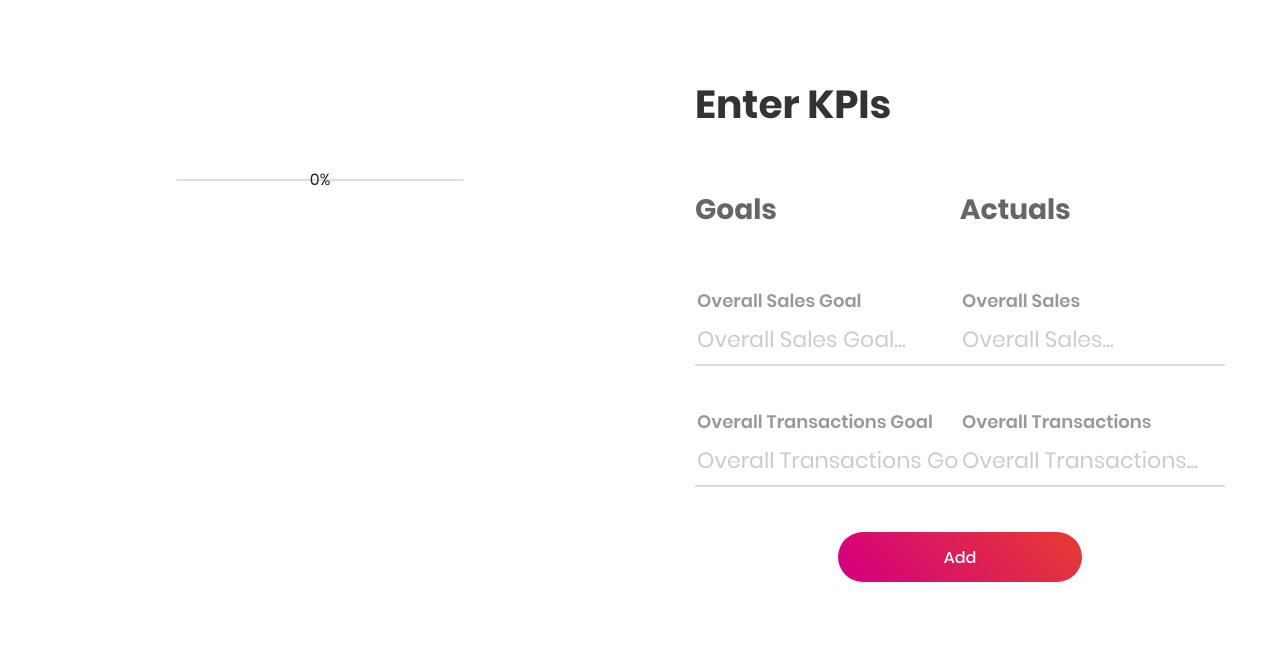
Repository: jameyel/kpi-entry
Page: index.html
An editor plug-in stored every save of this project. The page is shown before and after the next save, followed by the edit.
The browser window is 1280 px wide. The pictures show the whole page.

Above is the page before, as saved 2018-12-10 09:46:31.

### index.html
<!DOCTYPE html>
<html lang="en">
  <head>
    <title>Contact V13</title>
    <meta charset="UTF-8" />
    <meta name="viewport" content="width=device-width, initial-scale=1" />
    <!--
      ===============================================================================================
    -->
    <link rel="icon" type="image/png" href="images/icons/favicon.ico" />
    <!--
      ===============================================================================================
    -->
    <link
      rel="stylesheet"
      type="text/css"
      href="vendor/bootstrap/css/bootstrap.min.css"
    />
    <!--
      ===============================================================================================
    -->
    <link
      rel="stylesheet"
      type="text/css"
      href="fonts/font-awesome-4.7.0/css/font-awesome.min.css"
    />
    <!--
      ===============================================================================================
    -->
    <link
      rel="stylesheet"
      type="text/css"
      href="fonts/Linearicons-Free-v1.0.0/icon-font.min.css"
    />
    <!--
      ===============================================================================================
    -->
    <link
      rel="stylesheet"
      type="text/css"
      href="fonts/iconic/css/material-design-iconic-font.min.css"
    />
    <!--
      ===============================================================================================
    -->
    <link rel="stylesheet" type="text/css" href="vendor/animate/animate.css" />
    <!--
      ===============================================================================================
    -->
    <link
      rel="stylesheet"
      type="text/css"
      href="vendor/css-hamburgers/hamburgers.min.css"
    />
    <!--
      ===============================================================================================
    -->
    <link
      rel="stylesheet"
      type="text/css"
      href="vendor/animsition/css/animsition.min.css"
    />
    <!--
      ===============================================================================================
    -->
    <link
      rel="stylesheet"
      type="text/css"
      href="vendor/select2/select2.min.css"
    />
    <!--
      ===============================================================================================
    -->
    <link
      rel="stylesheet"
      type="text/css"
      href="vendor/daterangepicker/daterangepicker.css"
    />
    <link rel="stylesheet" type="text/css" href="./css/loading-bar.css" />
    <!--
      ===============================================================================================
    -->
    <link rel="stylesheet" type="text/css" href="css/util.css" />
    <link rel="stylesheet" type="text/css" href="css/main.css" />
    <!--
      ===============================================================================================
    -->
  </head>
  <body>
    <div class="container-kpi100">
      <div class="kpi100-chart">
        <div
          class="ldBar label-center ldbar-overall-sales"
          style="width:50%;height:50%;margin:auto"
        ></div>
      </div>

      <div class="wrap-kpi100">
        <form class="kpi100-form validate-form">
          <span class="kpi100-form-title"> Enter KPIs </span>

          <div class="kpi100-form-sections">
            <div class="kpi100-form-section">
              <span class="kpi100-form-subtitle"> Goals </span>
              <div
                class="wrap-input100 validate-input"
                data-validate="Overall Sales Goal is required: 123456"
              >
                <span class="label-input100">Overall Sales Goal</span>
                <input
                  class="input100 overall-sales-goal"
                  type="text"
                  name="osg"
                  placeholder="Overall Sales Goal..."
                />
                <span class="focus-input100"></span>
              </div>

              <div class="wrap-input100">
                <span class="label-input100">Overall Transactions Goal</span>
                <input
                  class="input100"
                  type="text"
                  name="otg"
                  placeholder="Overall Transactions Goal..."
                />
                <span class="focus-input100"></span>
              </div>
            </div>

            <div class="kpi100-form-section">
              <span class="kpi100-form-subtitle"> Actuals </span>
              <div
                class="wrap-input100 validate-input"
                data-validate="Overall Sales are required"
              >
                <span class="label-input100">Overall Sales</span>
                <input
                  class="input100 overall-sales"
                  type="text"
                  name="os"
                  placeholder="Overall Sales..."
                />
                <span class="focus-input100"></span>
              </div>

              <div class="wrap-input100">
                <span class="label-input100">Overall Transactions</span>
                <input
                  class="input100"
                  type="text"
                  name="ot"
                  placeholder="Overall Transactions..."
                />
                <span class="focus-input100"></span>
              </div>
            </div>
          </div>

          <div class="container-kpi100-form-btn">
            <div class="wrap-kpi100-form-btn">
              <div class="kpi100-form-bgbtn"></div>
              <button class="kpi100-form-btn">Add</button>
            </div>
          </div>
        </form>
      </div>
    </div>

    <div id="dropDownSelect1"></div>

    <!--
      ===============================================================================================
    -->
    <script src="vendor/jquery/jquery-3.2.1.min.js"></script>
    <!--
      ===============================================================================================
    -->
    <script src="vendor/animsition/js/animsition.min.js"></script>
    <!--
      ===============================================================================================
    -->
    <script src="vendor/bootstrap/js/popper.js"></script>
    <script src="vendor/bootstrap/js/bootstrap.min.js"></script>
    <!--
      ===============================================================================================
    -->
    <script src="vendor/select2/select2.min.js"></script>
    <!--
      ===============================================================================================
    -->
    <script src="vendor/daterangepicker/moment.min.js"></script>
    <script src="vendor/daterangepicker/daterangepicker.js"></script>
    <!--
      ===============================================================================================
    -->
    <script src="vendor/countdowntime/countdowntime.js"></script>
    <!--
      ===============================================================================================
    -->
    <script src="js/chart-custom.js"></script>
    <!--
      ===============================================================================================
    -->
    <script type="text/javascript" src="./js/loading-bar.js"></script>
    <script src="js/main.js"></script>
  </body>
</html>

### css/main.css
/*//////////////////////////////////////////////////////////////////
[ FONT ]*/

@font-face {
  font-family: Poppins-Regular;
  src: url('../fonts/poppins/Poppins-Regular.ttf');
}

@font-face {
  font-family: Poppins-Medium;
  src: url('../fonts/poppins/Poppins-Medium.ttf');
}

@font-face {
  font-family: Poppins-Bold;
  src: url('../fonts/poppins/Poppins-Bold.ttf');
}

@font-face {
  font-family: Poppins-SemiBold;
  src: url('../fonts/poppins/Poppins-SemiBold.ttf');
}

/*//////////////////////////////////////////////////////////////////
[ RESTYLE TAG ]*/

* {
  margin: 0px;
  padding: 0px;
  box-sizing: border-box;
}

body,
html {
  height: 100%;
  font-family: Poppins-Regular, sans-serif;
}

/*---------------------------------------------*/
a {
  font-family: Poppins-Regular;
  font-size: 14px;
  line-height: 1.7;
  color: #666666;
  margin: 0px;
  transition: all 0.4s;
  -webkit-transition: all 0.4s;
  -o-transition: all 0.4s;
  -moz-transition: all 0.4s;
}

a:focus {
  outline: none !important;
}

a:hover {
  text-decoration: none;
}

/*---------------------------------------------*/
h1,
h2,
h3,
h4,
h5,
h6 {
  margin: 0px;
}

p {
  font-family: Poppins-Regular;
  font-size: 14px;
  line-height: 1.7;
  color: #666666;
  margin: 0px;
}

ul,
li {
  margin: 0px;
  list-style-type: none;
}

/*---------------------------------------------*/
input {
  outline: none;
  border: none;
}

input[type='number'] {
  -moz-appearance: textfield;
  appearance: none;
  -webkit-appearance: none;
}

input[type='number']::-webkit-outer-spin-button,
input[type='number']::-webkit-inner-spin-button {
  -webkit-appearance: none;
}

textarea {
  outline: none;
  border: none;
}

textarea:focus,
input:focus {
  border-color: transparent !important;
}

input:focus::-webkit-input-placeholder {
  color: transparent;
}
input:focus:-moz-placeholder {
  color: transparent;
}
input:focus::-moz-placeholder {
  color: transparent;
}
input:focus:-ms-input-placeholder {
  color: transparent;
}

textarea:focus::-webkit-input-placeholder {
  color: transparent;
}
textarea:focus:-moz-placeholder {
  color: transparent;
}
textarea:focus::-moz-placeholder {
  color: transparent;
}
textarea:focus:-ms-input-placeholder {
  color: transparent;
}

input::-webkit-input-placeholder {
  color: #cccccc;
}
input:-moz-placeholder {
  color: #cccccc;
}
input::-moz-placeholder {
  color: #cccccc;
}
input:-ms-input-placeholder {
  color: #cccccc;
}

textarea::-webkit-input-placeholder {
  color: #cccccc;
}
textarea:-moz-placeholder {
  color: #cccccc;
}
textarea::-moz-placeholder {
  color: #cccccc;
}
textarea:-ms-input-placeholder {
  color: #cccccc;
}

/*---------------------------------------------*/
button {
  outline: none !important;
  border: none;
  background: transparent;
}

button:hover {
  cursor: pointer;
}

iframe {
  border: none !important;
}

/*//////////////////////////////////////////////////////////////////
[ Contact ]*/

.container-kpi100 {
  width: 100%;
  min-height: 100vh;
  display: -webkit-box;
  display: -webkit-flex;
  display: -moz-box;
  display: -ms-flexbox;
  display: flex;
  flex-wrap: wrap;
  justify-content: flex-end;
  align-items: center;
  background: transparent;
  position: relative;
  z-index: 1;
}

.kpi100-chart {
  position: absolute;
  z-index: -2;
  /* width: calc(100% - 640px); */
  width: 50%;
  height: 100%;
  top: 0;
  left: 0;
  /* background: #000; */
}

.wrap-kpi100 {
  /* width: 640px; */
  width: 50%;
  min-height: 100vh;
  background: #fff;
  border-radius: 2px;
  padding: 82px 55px 33px 55px;
  position: relative;
}

.show-wrap-kpi100 {
  visibility: visible;
  opacity: 1;
}

/*==================================================================
[ Form ]*/

.kpi100-form {
  width: 100%;
  display: -webkit-box;
  display: -webkit-flex;
  display: -moz-box;
  display: -ms-flexbox;
  display: flex;
  flex-direction: column;
  flex-wrap: wrap;
  justify-content: space-between;
  padding-bottom: 68px;
}

.kpi100-form-sections {
  display: flex;
}

.kpi100-form-section {
  display: flex;
  flex-direction: column;
}

.kpi100-form-title {
  /* display: block;
  width: 100%; */
  font-family: Poppins-Bold;
  font-size: 39px;
  color: #333;
  line-height: 1.2;
  text-align: left;
  padding-bottom: 64px;
}

.kpi100-form-subtitle {
  /* display: block;
  width: 100%; */
  font-family: Poppins-Bold;
  font-size: 28px;
  color: #666;
  line-height: 1.2;
  text-align: left;
  padding-bottom: 64px;
}

/*------------------------------------------------------------------
[ Input ]*/

.wrap-input100 {
  width: 100%;
  position: relative;
  border-bottom: 2px solid #dbdbdb;
  margin-bottom: 45px;
}

.label-input100 {
  font-family: Poppins-SemiBold;
  font-size: 18px;
  color: #999999;
  line-height: 1.2;
  padding-left: 2px;
}

.input100 {
  display: block;
  width: 100%;
  background: transparent;
  font-family: Poppins-Regular;
  font-size: 22px;
  color: #555555;
  line-height: 1.2;
  padding: 0 2px;
}

.focus-input100 {
  position: absolute;
  display: block;
  width: 100%;
  height: 100%;
  top: 0;
  left: 0;
  pointer-events: none;
}

.focus-input100::before {
  content: '';
  display: block;
  position: absolute;
  bottom: -2px;
  left: 0;
  width: 0;
  height: 2px;

  -webkit-transition: all 0.4s;
  -o-transition: all 0.4s;
  -moz-transition: all 0.4s;
  transition: all 0.4s;

  background: #df254e;
  background: -webkit-linear-gradient(45deg, #d5007d, #e53935);
  background: -o-linear-gradient(45deg, #d5007d, #e53935);
  background: -moz-linear-gradient(45deg, #d5007d, #e53935);
  background: linear-gradient(45deg, #d5007d, #e53935);
}

/*---------------------------------------------*/
input.input100 {
  height: 50px;
}

textarea.input100 {
  min-height: 140px;
  padding-top: 13px;
  padding-bottom: 13px;
}

.input100:focus + .focus-input100::before {
  width: 100%;
}

.has-val.input100 + .focus-input100::before {
  width: 100%;
}

/*------------------------------------------------------------------
[ Button ]*/
.container-kpi100-form-btn {
  width: 100%;
  display: -webkit-box;
  display: -webkit-flex;
  display: -moz-box;
  display: -ms-flexbox;
  display: flex;
  flex-wrap: wrap;
  justify-content: center;
}

.wrap-kpi100-form-btn {
  display: block;
  position: relative;
  z-index: 1;
  border-radius: 25px;
  overflow: hidden;
}

.kpi100-form-bgbtn {
  position: absolute;
  z-index: -1;
  width: 300%;
  height: 100%;
  background: #df2351;
  background: -webkit-linear-gradient(
    -135deg,
    #d5007d,
    #e53935,
    #d5007d,
    #e53935
  );
  background: -o-linear-gradient(-135deg, #d5007d, #e53935, #d5007d, #e53935);
  background: -moz-linear-gradient(-135deg, #d5007d, #e53935, #d5007d, #e53935);
  background: linear-gradient(-135deg, #d5007d, #e53935, #d5007d, #e53935);
  top: 0;
  left: -100%;
  -webkit-transition: all 0.4s;
  -o-transition: all 0.4s;
  -moz-transition: all 0.4s;
  transition: all 0.4s;
}
.kpi100-form-btn {
  display: -webkit-box;
  display: -webkit-flex;
  display: -moz-box;
  display: -ms-flexbox;
  display: flex;
  justify-content: center;
  align-items: center;
  padding: 0 20px;
  min-width: 244px;
  height: 50px;
  font-family: Poppins-Medium;
  font-size: 16px;
  color: #fff;
  line-height: 1.2;
}
.wrap-kpi100-form-btn:hover .kpi100-form-bgbtn {
  left: 0;
}
/* ------------------------------------------------------------------
[ Responsive ] */
@media (max-width: 576px) {
  .wrap-kpi100 {
    padding: 82px 15px 33px 15px;
  }
}
/* ------------------------------------------------------------------
[ Alert validate ] */
.validate-input {
  position: relative;
}
.alert-validate::before {
  content: attr(data-validate);
  position: absolute;
  max-width: 70%;
  background-color: #fff;
  border: 1px solid #c80000;
  border-radius: 2px;
  padding: 4px 30px 4px 10px;
  bottom: calc((100% - 25px) / 2);
  -webkit-transform: translateY(50%);
  -moz-transform: translateY(50%);
  -ms-transform: translateY(50%);
  -o-transform: translateY(50%);
  transform: translateY(50%);
  right: 2px;
  pointer-events: none;
  font-family: Poppins-Medium;
  color: #c80000;
  font-size: 14px;
  line-height: 1.4;
  text-align: left;
  visibility: hidden;
  opacity: 0;
  -webkit-transition: opacity 0.4s;
  -o-transition: opacity 0.4s;
  -moz-transition: opacity 0.4s;
  transition: opacity 0.4s;
}
.alert-validate::after {
  content: '\f06a';
  font-family: FontAwesome;
  display: block;
  position: absolute;
  color: #c80000;
  font-size: 18px;
  bottom: calc((100% - 25px) / 2);
  -webkit-transform: translateY(50%);
  -moz-transform: translateY(50%);
  -ms-transform: translateY(50%);
  -o-transform: translateY(50%);
  transform: translateY(50%);
  right: 8px;
}
.alert-validate:hover:before {
  visibility: visible;
  opacity: 1;
}
@media (max-width: 992px) {
  .alert-validate::before {
    visibility: visible;
    opacity: 1;
  }
}
.true-validate::after {
  content: '\f26b';
  font-family: Material-Design-Iconic-Font;
  font-size: 22px;
  color: #00ad5f;
  display: -webkit-box;
  display: -webkit-flex;
  display: -moz-box;
  display: -ms-flexbox;
  display: flex;
  align-items: center;
  justify-content: center;
  position: absolute;
  bottom: calc((100% - 25px) / 2);
  -webkit-transform: translateY(50%);
  -moz-transform: translateY(50%);
  -ms-transform: translateY(50%);
  -o-transform: translateY(50%);
  transform: translateY(50%);
  right: 5px;
}
/* ==================================================================
[ Contact more ] */
.kpi100-more {
  font-family: Poppins-Medium;
  font-size: 16px;
  color: #fff;
  position: fixed;
  z-index: -1;
  display: -webkit-box;
  display: -webkit-flex;
  display: -moz-box;
  display: -ms-flexbox;
  display: flex;
  justify-content: center;
  align-items: center;
  min-width: 212px;
  height: 50px;
  border-radius: 25px;
  background-color: #39b54a;
  padding: 0 20px;
  top: 50%;
  left: calc((100% - 640px) / 2);
  -webkit-transform: translate(-50%, -50%);
  -moz-transform: translate(-50%, -50%);
  -ms-transform: translate(-50%, -50%);
  -o-transform: translate(-50%, -50%);
  transform: translate(-50%, -50%);
}
.kpi100-more i {
  font-size: 20px;
  margin-right: 10px;
}
@media (max-width: 1200px) {
  .wrap-kpi100 {
    width: 440px;
  }
  .kpi100-map {
    width: calc(100% - 440px);
  }
  .kpi100-more {
    left: calc((100% - 440px) / 2);
  }
}
@media (max-width: 768px) {
  .wrap-kpi100 {
    width: 100%;
  }
  .kpi100-map {
    display: none;
  }
  .kpi100-more {
    position: absolute;
    background-color: transparent;
    color: #39b54a;
    bottom: 0px;
    top: auto;
    left: 50%;
    z-index: 10;
  }
}

Loaded but not shown: vendor/bootstrap/css/bootstrap.min.css (library); fonts/font-awesome-4.7.0/css/font-awesome.min.css (library); fonts/Linearicons-Free-v1.0.0/icon-font.min.css (library); fonts/iconic/css/material-design-iconic-font.min.css (library); vendor/animate/animate.css (library); vendor/css-hamburgers/hamburgers.min.css (library); vendor/animsition/css/animsition.min.css (library); vendor/select2/select2.min.css (library); vendor/daterangepicker/daterangepicker.css (library); css/loading-bar.css (common file); vendor/jquery/jquery-3.2.1.min.js (library); vendor/animsition/js/animsition.min.js (library); vendor/bootstrap/js/popper.js (library); vendor/bootstrap/js/bootstrap.min.js (library); vendor/select2/select2.min.js (library); vendor/daterangepicker/moment.min.js (library); vendor/daterangepicker/daterangepicker.js (library); vendor/countdowntime/countdowntime.js (common file); js/loading-bar.js (803 lines, source omitted); js/main.js (94 lines, source omitted); js/chart-custom.js (23 lines, source omitted); css/util.css (2984 lines, source omitted)

After the next save:
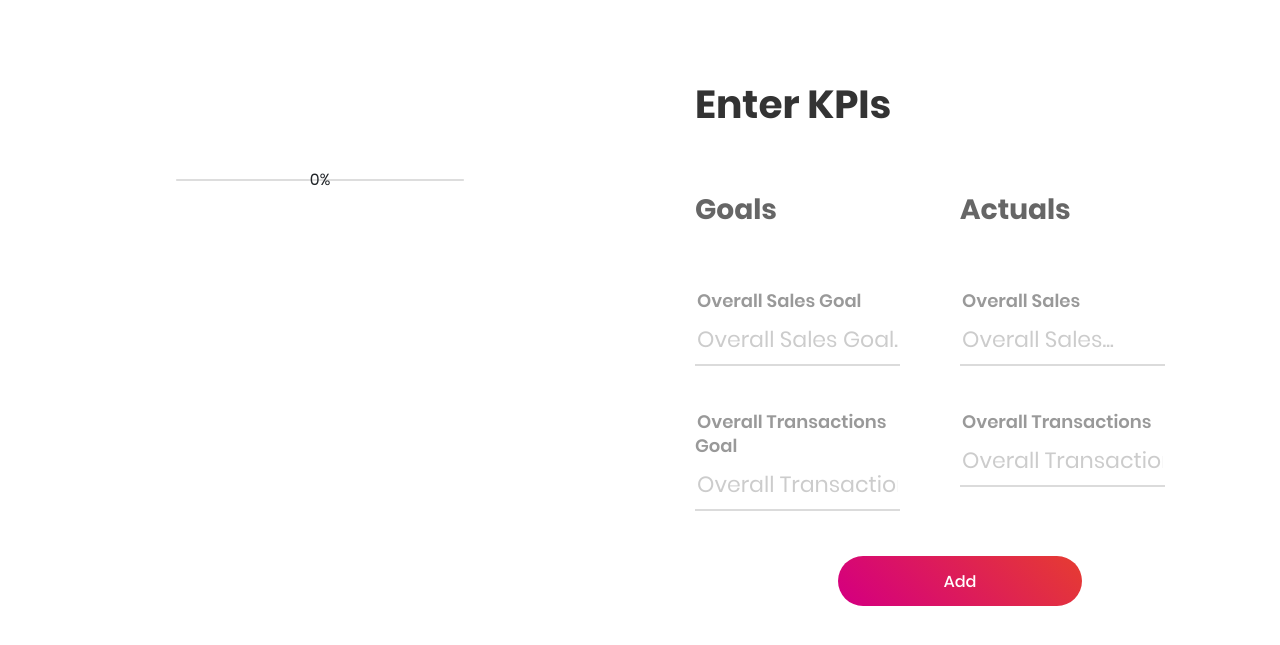
Saved 2 min 40 s later.
--- a/css/main.css
+++ b/css/main.css
@@ -243,6 +243,8 @@ iframe {
 .kpi100-form-section {
   display: flex;
   flex-direction: column;
+  width: 100%;
+  margin-right: 60px;
 }
 
 .kpi100-form-title {
